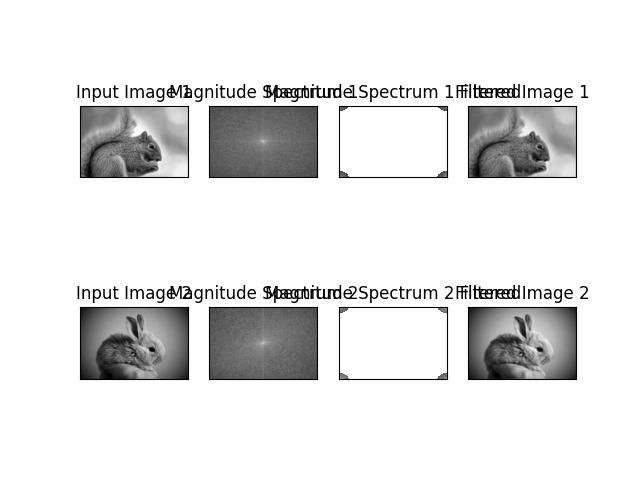
Repository: Yuer-yuan/CV
Script's output: python lab1-hybrid-image/gui/fft.py
An editor plug-in stored every save of this project. The script's output is shown before and after the next save, followed by the edit.
Random numbers start from a fixed seed. It also reads lab1-hybrid-image/gui/res/bunny1.png, lab1-hybrid-image/gui/res/squirrel1.png.

Above is the script's output before, as saved 2023-03-25 19:19:45.

After the next save:
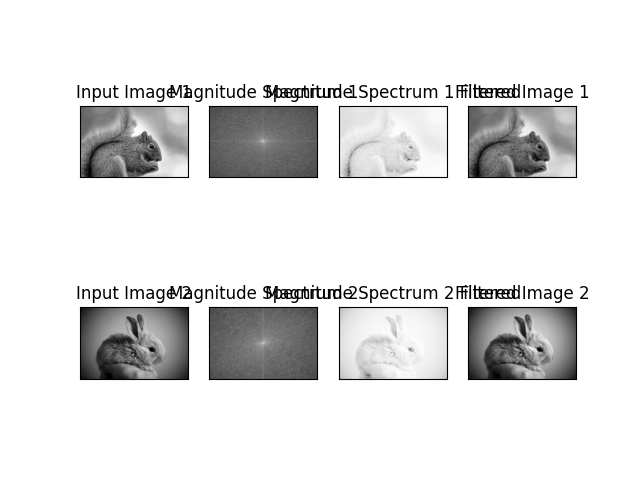
Saved 46 s later.
--- a/lab1-hybrid-image/gui/fft.py
+++ b/lab1-hybrid-image/gui/fft.py
@@ -69,8 +69,8 @@ if __name__ == '__main__':
     ifft2 = np.fft.ifft2(ifftshift2)
 
     # Compute the magnitude spectrum of the filtered images.
-    magnitude_spectrum1_filtered = 20*np.log(np.abs(ifftshift1))
-    magnitude_spectrum2_filtered = 20*np.log(np.abs(ifftshift2))
+    magnitude_spectrum1_filtered = 20*np.log(np.abs(ifft1))
+    magnitude_spectrum2_filtered = 20*np.log(np.abs(ifft2))
 
     # Plot the results.
     plt.subplot(241),plt.imshow(img1, cmap = 'gray')
